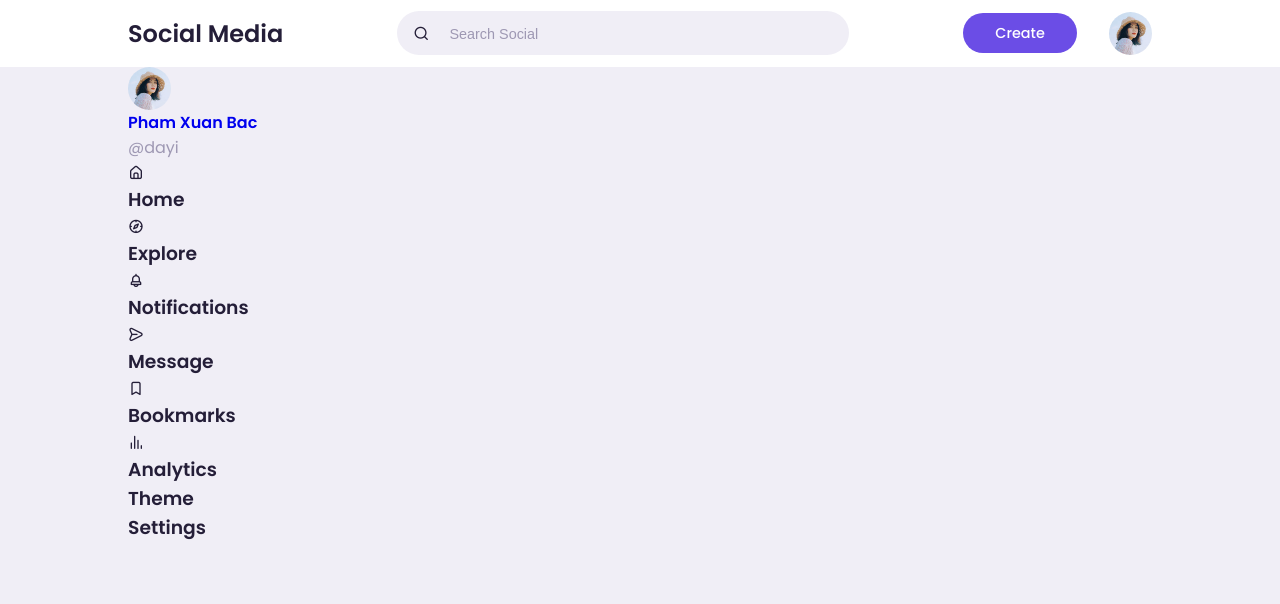
Repository: northpx/socialMedia
Page: index.html
The author's editor kept a copy of each file at every save. The page is drawn from the files as they stood at one save, then again after the next save.
The browser window is 1280 px wide. The pictures show the whole page.

Above is the page before, as saved 2023-03-07 16:59:01.

After the next save:
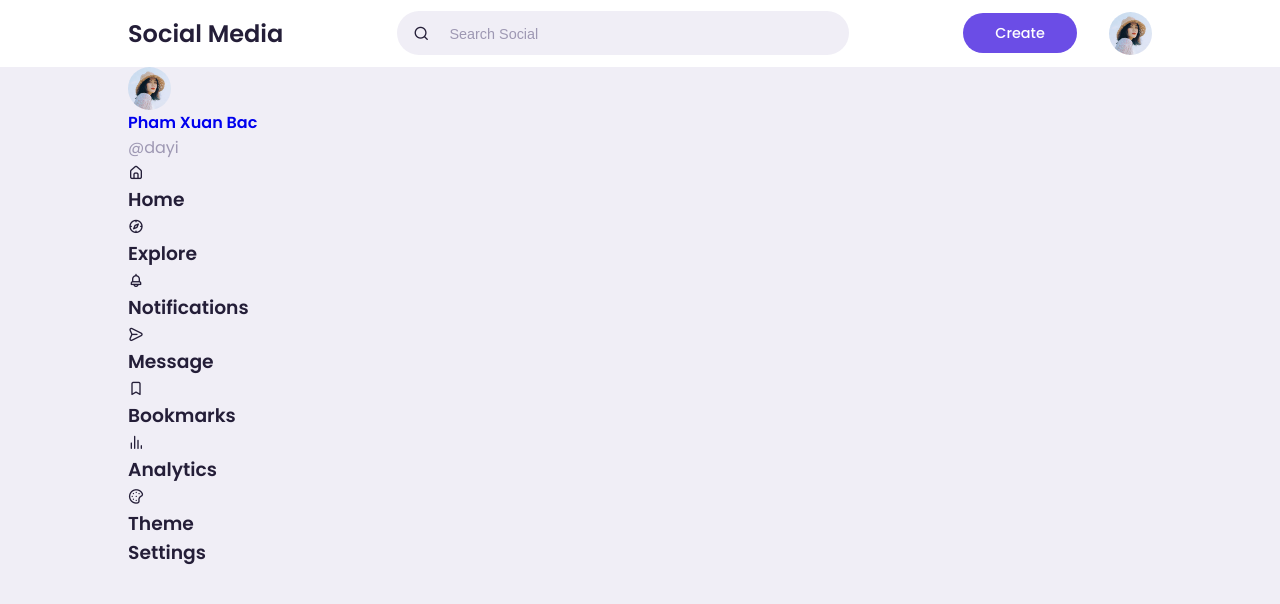
Saved 59 s later.
--- a/index.html
+++ b/index.html
@@ -51,7 +51,7 @@
                         <span><i class="uil uil-message"></i></span><h3>Message</h3>
                         <span><i class="uil uil-bookmark"></i></span><h3>Bookmarks</h3>
                         <span><i class="uil uil-analytics"></i></span><h3>Analytics</h3>
-                        <span></span><h3>Theme</h3>
+                        <span><i class="uil uil-palette"></i></span><h3>Theme</h3>
                         <span></span><h3>Settings</h3>
                     </a>
                 </div>
